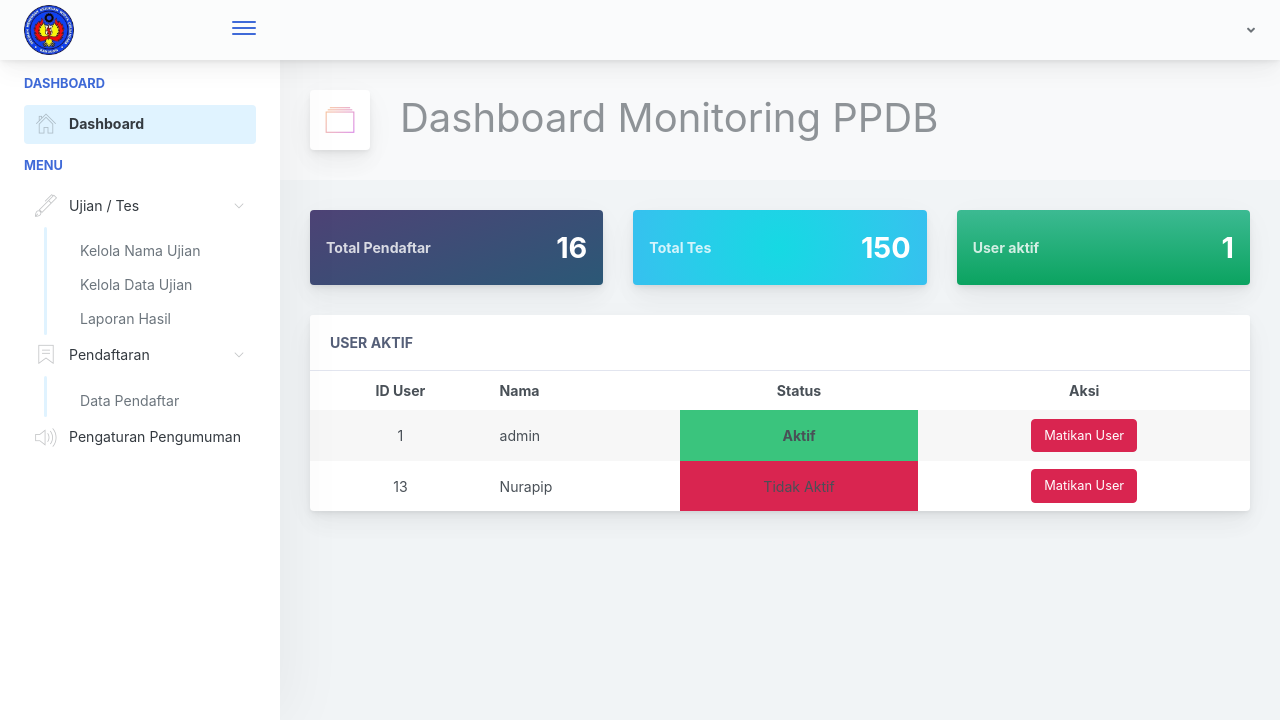
Repository: nooravipp-ux/ppdb-v-2
Page: http://localhost/home
An editor plug-in stored every save of this project. The page is shown before and after the next save, followed by the edit.
The browser window is 1280 px wide. The pictures show the whole page.
The page is served by the project's Laravel application, run on PHP 8.4 with Laravel 8. The first stored user is signed in. Other server files are loaded and not shown. The database holds what the project's SQL file puts in it.

Above is the page before, as saved 2021-08-27 13:46:45.
Console error: TypeError: Cannot read properties of undefined (reading 'disp')

### routes/web.php
<?php

use Illuminate\Support\Facades\Route;
use Illuminate\Support\Facades\Auth;
use App\Mail\RegistrationMailNotif;
use Illuminate\Support\Facades\Mail;
/*
|--------------------------------------------------------------------------
| Web Routes
|--------------------------------------------------------------------------
|
| Here is where you can register web routes for your application. These
| routes are loaded by the RouteServiceProvider within a group which
| contains the "web" middleware group. Now create something great!
|
*/

Route::get('/', function () {
    return view('welcome');
});

Auth::routes();
Route::auth();
Route::get('/home', [App\Http\Controllers\HomeController::class, 'index'])->name('home');

//Exam Route
Route::get('/manage-exam', [App\Http\Controllers\ManageExamController::class, 'manageExam'])->name('manage-exam');
Route::post('/manage-exam/add-course', [App\Http\Controllers\ManageExamController::class, 'addCourse']);
Route::post('/add-or-update-exam', [App\Http\Controllers\ManageExamController::class, 'addOrUpdateExam'])->name('add-or-update-exam');
Route::get('/manage-exam/manage-exam-question/{id}', [App\Http\Controllers\ManageExamController::class, 'manageExamQuestion'])->name('manage-exam-question.id');
Route::get('/manage-exam/exam-report', [App\Http\Controllers\ManageExamController::class, 'examReport'])->name('exam-report');

Route::post('/manage-exam/manage-exam-question/add-questions', [App\Http\Controllers\QuestionController::class, 'addOrUpdateQuestions'])->name('add-questions');
Route::get('/start-exam/{id}', [App\Http\Controllers\ManageExamController::class, 'startExam'])->name('exam.id');
Route::get('/examination-list', [App\Http\Controllers\ManageExamController::class, 'listExam'])->name('list-exam');

Route::post('/start-exam/submit-exam', [App\Http\Controllers\QuestionController::class, 'submitAnswer']);
Route::get('/start-exam/submit-exam/result/{id}', [App\Http\Controllers\QuestionController::class, 'result'])->name('result.id');




// Registration route
Route::get('/register', [App\Http\Controllers\RegistrationController::class, 'index'])->name('registration');
Route::get('/register/detail/{id}', [App\Http\Controllers\RegistrationController::class, 'getDetailRegister'])->name('detail.id');
Route::get('/register/confirm/{id}', [App\Http\Controllers\RegistrationController::class, 'confirmRegister'])->name('confirm.id');
Route::get('/student-registration', [App\Http\Controllers\RegistrationController::class, 'registrationStudent']);
Route::get('/student-registration/save', [App\Http\Controllers\RegistrationController::class, 'save']);


//biodata
Route::get('/home/biodata', [App\Http\Controllers\BiodataController::class, 'biodata'])->name('biodata');

### app/Http/Controllers/Controller.php
<?php

namespace App\Http\Controllers;

use Illuminate\Foundation\Auth\Access\AuthorizesRequests;
use Illuminate\Foundation\Bus\DispatchesJobs;
use Illuminate\Foundation\Validation\ValidatesRequests;
use Illuminate\Routing\Controller as BaseController;
use Illuminate\Support\Facades\DB;
use Illuminate\Support\Facades\View;
use Illuminate\Support\Facades\Auth;
class Controller extends BaseController
{
    use AuthorizesRequests, DispatchesJobs, ValidatesRequests;
}

### app/Models/User.php
<?php

namespace App\Models;

use Illuminate\Contracts\Auth\MustVerifyEmail;
use Illuminate\Database\Eloquent\Factories\HasFactory;
use Illuminate\Foundation\Auth\User as Authenticatable;
use Illuminate\Notifications\Notifiable;

class User extends Authenticatable
{
    use HasFactory, Notifiable;

    /**
     * The attributes that are mass assignable.
     *
     * @var array
     */
    protected $fillable = [
        'student_id',
        'name',
        'email',
        'password',
        'role_name',
    ];

    /**
     * The attributes that should be hidden for arrays.
     *
     * @var array
     */
    protected $hidden = [
        'password',
        'remember_token',
    ];

    /**
     * The attributes that should be cast to native types.
     *
     * @var array
     */
    protected $casts = [
        'email_verified_at' => 'datetime',
    ];

    protected $table = 'users';
}

### app/Http/Controllers/HomeController.php
<?php

namespace App\Http\Controllers;

use Illuminate\Http\Request;
use App\Models\Exam;
use Illuminate\Support\Facades\DB;
use Illuminate\Support\Facades\Auth;
use App\Models\Registration;
use App\Models\User;

class HomeController extends Controller
{
    /**
     * Create a new controller instance.
     *
     * @return void
     */
    public function __construct(){
        $this->middleware('auth');
    }

    /**
     * Show the application dashboard.
     *
     * @return \Illuminate\Contracts\Support\Renderable
     */
    public function index()
    {
        if(auth()->user()){
            $users = DB::table('users')->get();
            $totalRegister = DB::table('t_registration')->count();
            $totalUserActive = DB::table('users')->where('is_active', 1)->count();

            $announcements  = DB::table('t_announcement')->where('status', 1)->orderBy('created_at', 'DESC')->get();
            return view('home', compact('users', 'totalRegister', 'totalUserActive', 'announcements'));
        }

        return view('home');


    }

    public function listExam(){

    }
}

### resources/views/home.blade.php
@extends('layouts.master')
@section('title', 'PPDB - Dashboard')
@section('content')
@if(auth()->user()->role_name == "admin")
<div class="app-page-title">
    <div class="page-title-wrapper">
        <div class="page-title-heading">
            <div class="page-title-icon">
                <i class=" pe-7s-albums icon-gradient bg-mean-fruit">
                </i>
            </div>
            <div>
                <div class="page-title-subheading">
                    <h1>
                        Dashboard Monitoring PPDB
                    </h1>
                </div>
            </div>
        </div>
        <div class="page-title-actions">
            {{-- <button type="button" data-toggle="tooltip" title="Example Tooltip" data-placement="bottom" class="btn-shadow mr-3 btn btn-dark">
                <i class="fa fa-star"></i>
            </button> --}}
        </div>
    </div>
</div>
<div class="row">
    <div class="col-md-6 col-xl-4">
        <div class="card mb-3 widget-content bg-midnight-bloom">
            <div class="widget-content-wrapper text-white">
                <div class="widget-content-left">
                    <div class="widget-heading">Total Pendaftar</div>
                </div>
                <div class="widget-content-right">
                    <div class="widget-numbers text-white"><span>{{$totalRegister}}</span></div>
                </div>
            </div>
        </div>
    </div>
    <div class="col-md-6 col-xl-4">
        <div class="card mb-3 widget-content bg-arielle-smile">
            <div class="widget-content-wrapper text-white">
                <div class="widget-content-left">
                    <div class="widget-heading">Total Tes</div>
                </div>
                <div class="widget-content-right">
                    <div class="widget-numbers text-white"><span>150</span></div>
                </div>
            </div>
        </div>
    </div>
    <div class="col-md-6 col-xl-4">
        <div class="card mb-3 widget-content bg-grow-early">
            <div class="widget-content-wrapper text-white">
                <div class="widget-content-left">
                    <div class="widget-heading">User aktif</div>
                </div>
                <div class="widget-content-right">
                    <div class="widget-numbers text-white"><span>{{$totalUserActive}}</span></div>
                </div>
            </div>
        </div>
    </div>
    <div class="d-xl-none d-lg-block col-md-6 col-xl-4">
        <div class="card mb-3 widget-content bg-premium-dark">
            <div class="widget-content-wrapper text-white">
                <div class="widget-content-left">
                    <div class="widget-heading">Products Sold</div>
                    <div class="widget-subheading">Revenue streams</div>
                </div>
                <div class="widget-content-right">
                    <div class="widget-numbers text-warning"><span>$14M</span></div>
                </div>
            </div>
        </div>
    </div>
</div>

<div class="row">
    <div class="col-md-12">
        <div class="main-card mb-3 card">
            <div class="card-header">User aktif
                <div class="btn-actions-pane-right">
                </div>
            </div>
            <div class="table-responsive">
                <table class="align-middle mb-0 table table-borderless table-striped table-hover">
                    <thead>
                        <tr>
                            <th class="text-center">ID User</th>
                            <th class="">Nama</th>
                            <th class="text-center">Status</th>
                            <th class="text-center">Aksi</th>
                        </tr>
                    </thead>
                    <tbody>
                        @foreach($users as $user)
                        <tr>
                            <td class="text-center">{{$user->id}}</td>
                            <td>{{$user->name}}</td>
                            @if($user->is_active == 0)
                            <td class="text-center bg-danger">Tidak Aktif</td>
                            @else
                            <td class="text-center bg-success"> <strong> Aktif</strong></td>
                            @endif
                            <td class="text-center"><a href="" class=" btn btn-danger">Matikan User</a></td>
                        </tr>
                        @endforeach
                    </tbody>
                </table>
            </div>
        </div>
    </div>
</div>
@endif
@if(auth()->user()->role_name != "admin")
<div class="app-page-title">
    <div class="page-title-wrapper">
        <div class="page-title-heading">
            <div class="page-title-icon">
                <i class=" pe-7s-notebook icon-gradient bg-mean-fruit">
                </i>
            </div>
            <div>
                <div class="page-title">
                    <h3>Informasi</h3>
                </div>
            </div>
        </div>
        <div class="page-title-actions">
            <button type="button" data-toggle="tooltip" title="Example Tooltip" data-placement="bottom" class="btn-shadow mr-3 btn btn-dark">
                <i class="fa fa-star"></i>
            </button>
        </div>
    </div>
</div>
<div class="row">
    <div class="col-md-12 col-xl-12">
        <div class="card mb-2">
            <h5 class="card-header">Tes Potensi Akademik</h5>
            <div class="card-body">
                <h5 class="card-title"></h5>
                <p class="card-text">Anda Sudah Mengerjakan</p>
                <p>Nilai nya berapa</p>

            </div>
        </div>
    </div>
</div>
<hr>
<div class="row">
    <div class="col-md-12 col-xl-12">
        @foreach($announcements as $announce)
        <div class="card mb-2">
            <h5 class="card-header">{{$announce->title}}</h5>
            <div class="card-body">
                <h5 class="card-title"></h5>
                <p class="card-text"><?php echo html_entity_decode($announce->description); ?></p>
            </div>
        </div>
        @endforeach
    </div>
</div>
@endif

@endsection

### ppdb_backup_v_2.sql (the tables this page reads)
CREATE TABLE `t_announcement` (
  `id` int(11) NOT NULL AUTO_INCREMENT,
  `title` varchar(225) DEFAULT NULL,
  `description` text DEFAULT NULL,
  `status` int(2) DEFAULT NULL,
  `created_at` datetime DEFAULT current_timestamp(),
  PRIMARY KEY (`id`)
) ENGINE=InnoDB AUTO_INCREMENT=6 DEFAULT CHARSET=utf8mb4;

insert  into `t_announcement`(`id`,`title`,`description`,`status`,`created_at`) values 
(4,'test Pengumuman','<p><em>Dalam rangka peringatan hari Sumpah Pemuda, akan segera diadakan beberapa kegiatan. Berbagai acara yang akan diadakan mencerminkan ketangguhan pemuda Indonesia dalam menghadapi tantangan zaman. Datang dan juga jadikanlah sejarah dengan mengunjungi Gedung Pemuda pada:</em><br />\r\n<br />\r\n<em>hari &nbsp; &nbsp; &nbsp; &nbsp;: Kamis</em><br />\r\n<em>tanggal &nbsp; : 24 Oktober 2007</em><br />\r\n<em>waktu &nbsp; &nbsp; &nbsp;: pukul 08.00 s.d. selesai</em><br />\r\n<em>tempat &nbsp; &nbsp; : Jl. Pemuda.</em><br />\r\n<br />\r\n<em>Untuk menumbuhkan rasa cinta tanah air dan juga mengingat pentingnya acara tersebut ajaklah bersama generasi muda di sekolah kamu.</em></p>\r\n\r\n<p><em>Hormat kami,</em></p>\r\n\r\n<p><em><strong>Panitia Peringatan Sumpah Pemuda</strong></em></p>',1,'2021-07-31 01:34:16'),
(5,'Pengumuman Hari Kebangkitan Nasional','<p><em>Diberitahukan kepada seluruh siswa Kelas VII untuk dapat hadir pada peringatan hari Kebangkitan nasional pada:</em></p>\r\n\r\n<p><em>hari &nbsp; &nbsp; &nbsp;: Rabu</em><br />\r\n<em>tanggal : 23 Mei 2007</em><br />\r\n<em>waktu &nbsp; &nbsp;: pukul 8.00 WIB</em><br />\r\n<em>tempat &nbsp; : Lapangan Timur Sekolah</em></p>\r\n\r\n<p><em>Mengingat pentingnya acara tersebut, semua siswa-siswa diharapkan agar hadir tepat pada waktunya. Terimakasih atas perhatian teman-teman sekalian.</em></p>\r\n\r\n<p><em><strong>Dewan Sekolah</strong></em></p>',1,'2021-07-31 01:42:27');

CREATE TABLE `t_registration` (
  `id` bigint(20) NOT NULL AUTO_INCREMENT,
  `student_id` int(11) DEFAULT NULL,
  `status` int(10) DEFAULT 0,
  `date` timestamp NOT NULL DEFAULT current_timestamp(),
  PRIMARY KEY (`id`)
) ENGINE=InnoDB AUTO_INCREMENT=26 DEFAULT CHARSET=utf8mb4;

insert  into `t_registration`(`id`,`student_id`,`status`,`date`) values 
(10,11,1,'2021-07-06 02:49:58'),
(11,12,0,'2021-07-30 22:25:50'),
(12,13,0,'2021-07-30 22:31:39'),
(13,14,0,'2021-07-30 22:32:38'),
(14,15,0,'2021-07-30 22:33:01'),
(15,16,0,'2021-07-30 22:33:38'),
(16,17,0,'2021-07-30 22:33:59'),
(17,18,0,'2021-07-30 22:34:30'),
(18,19,0,'2021-07-30 22:34:43'),
(19,20,0,'2021-07-30 22:35:27'),
(20,21,0,'2021-07-30 22:36:00'),
(21,22,0,'2021-07-30 22:36:35'),
(22,23,0,'2021-07-30 22:39:18'),
(23,24,0,'2021-07-30 22:40:12'),
(24,25,0,'2021-07-30 22:40:55'),
(25,26,0,'2021-07-30 22:41:51');

CREATE TABLE `users` (
  `id` bigint(20) unsigned NOT NULL AUTO_INCREMENT,
  `student_id` int(10) DEFAULT NULL,
  `name` varchar(255) COLLATE utf8mb4_unicode_ci NOT NULL,
  `email` varchar(255) COLLATE utf8mb4_unicode_ci NOT NULL,
  `email_verified_at` timestamp NULL DEFAULT NULL,
  `password` varchar(255) COLLATE utf8mb4_unicode_ci NOT NULL,
  `remember_token` varchar(100) COLLATE utf8mb4_unicode_ci DEFAULT NULL,
  `role_name` varchar(255) COLLATE utf8mb4_unicode_ci DEFAULT NULL,
  `created_at` timestamp NULL DEFAULT current_timestamp(),
  `updated_at` timestamp NULL DEFAULT current_timestamp(),
  `is_active` int(2) DEFAULT 0,
  PRIMARY KEY (`id`),
  UNIQUE KEY `users_email_unique` (`email`)
) ENGINE=InnoDB AUTO_INCREMENT=14 DEFAULT CHARSET=utf8mb4 COLLATE=utf8mb4_unicode_ci;

insert  into `users`(`id`,`student_id`,`name`,`email`,`email_verified_at`,`password`,`remember_token`,`role_name`,`created_at`,`updated_at`,`is_active`) values 
(1,NULL,'admin','admin@admin.com',NULL,'$2y$10$uAA/DJxTI0S5s46nzAXOROap5j1jFE4vs9OiCyqKUpPdDpn8.9xze',NULL,'admin','2021-06-24 12:06:04','2021-06-24 12:06:04',1),
(13,11,'Nurapip','nooravipp9@gmail.com',NULL,'$2y$10$u3sl3QpPcR4CYi5NnP5NoOi.RLYxBp37tsGpfqSPnJYEY/FCyLHJa',NULL,'siswa','2021-07-05 19:50:31','2021-07-05 19:50:31',0);

Loaded but not shown: app/Http/Controllers/Auth/ConfirmPasswordController.php (common file); public/admin-panel/main.css (library); public/admin-panel/js/jquery.js (library); public/admin-panel/js/sweetalert.js (library); public/admin-panel/js/ajax.js (537 lines, source omitted); public/admin-panel/js/facebox.js (317 lines, source omitted); public/admin-panel/js/myjs.js (123 lines, source omitted); resources/views/admin/modal.blade.php (309 lines, source omitted); resources/views/layouts/master.blade.php (252 lines, source omitted)

After the next save:
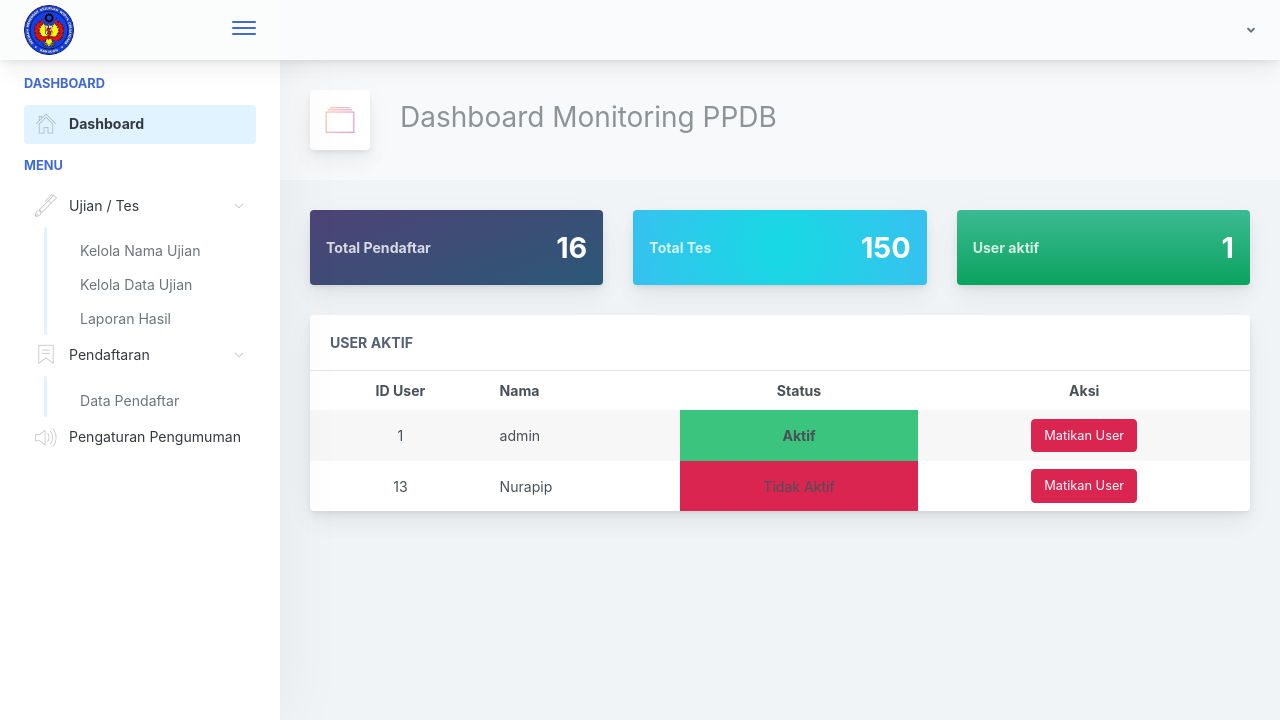
Saved 8 s later.
--- a/resources/views/home.blade.php
+++ b/resources/views/home.blade.php
@@ -11,9 +11,9 @@
             </div>
             <div>
                 <div class="page-title-subheading">
-                    <h1>
+                    <h3>
                         Dashboard Monitoring PPDB
-                    </h1>
+                    </h3>
                 </div>
             </div>
         </div>
